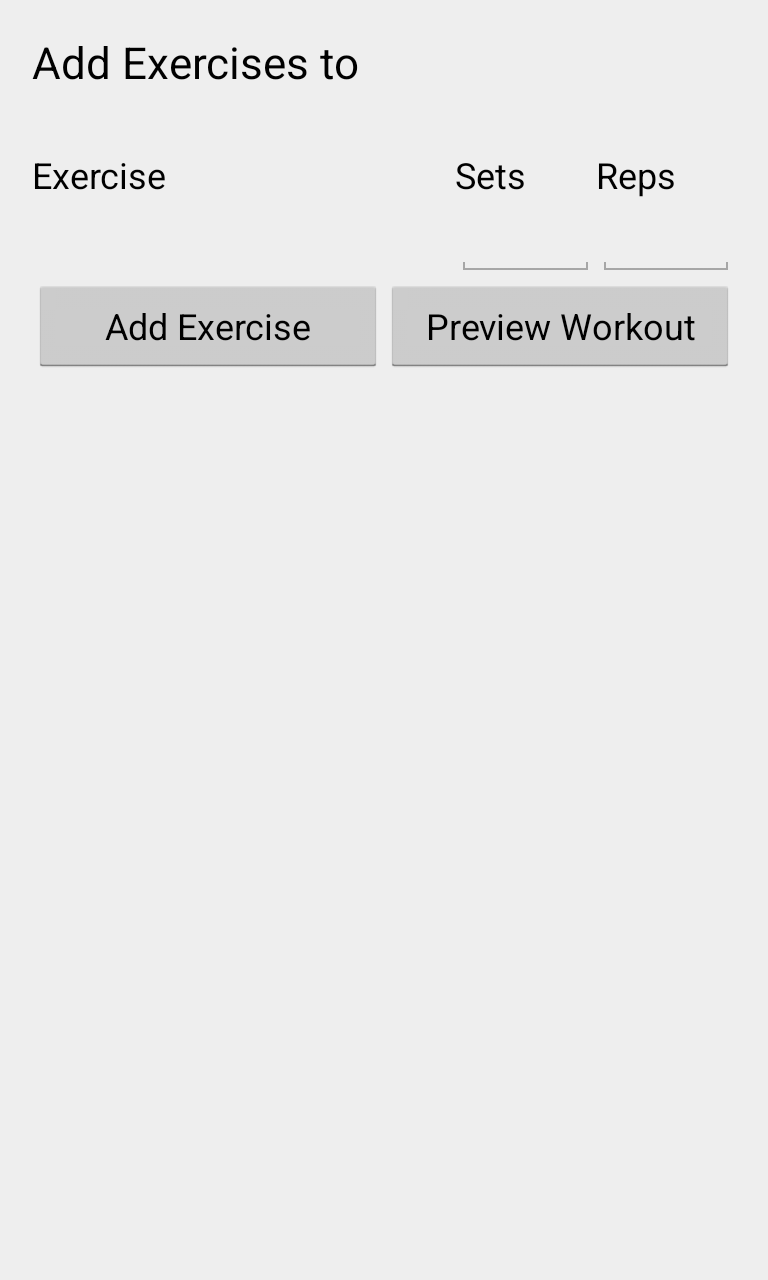
Repository: jmcdon09/EZWorkout
Layout: EzTrain/EzTrain/res/layout/activity_add_exercises.xml
The author's editor kept a copy of each file at every save. The layout is drawn from the files as they stood at one save, then again after the next save.
It is drawn on a 768 x 1280 px phone screen (xhdpi) without system bars, with theme AppTheme; the app's code is not run. Lists and similar views that code fills are empty.

Above is the layout before, as saved 2014-03-30 14:12:01.

After the next save:
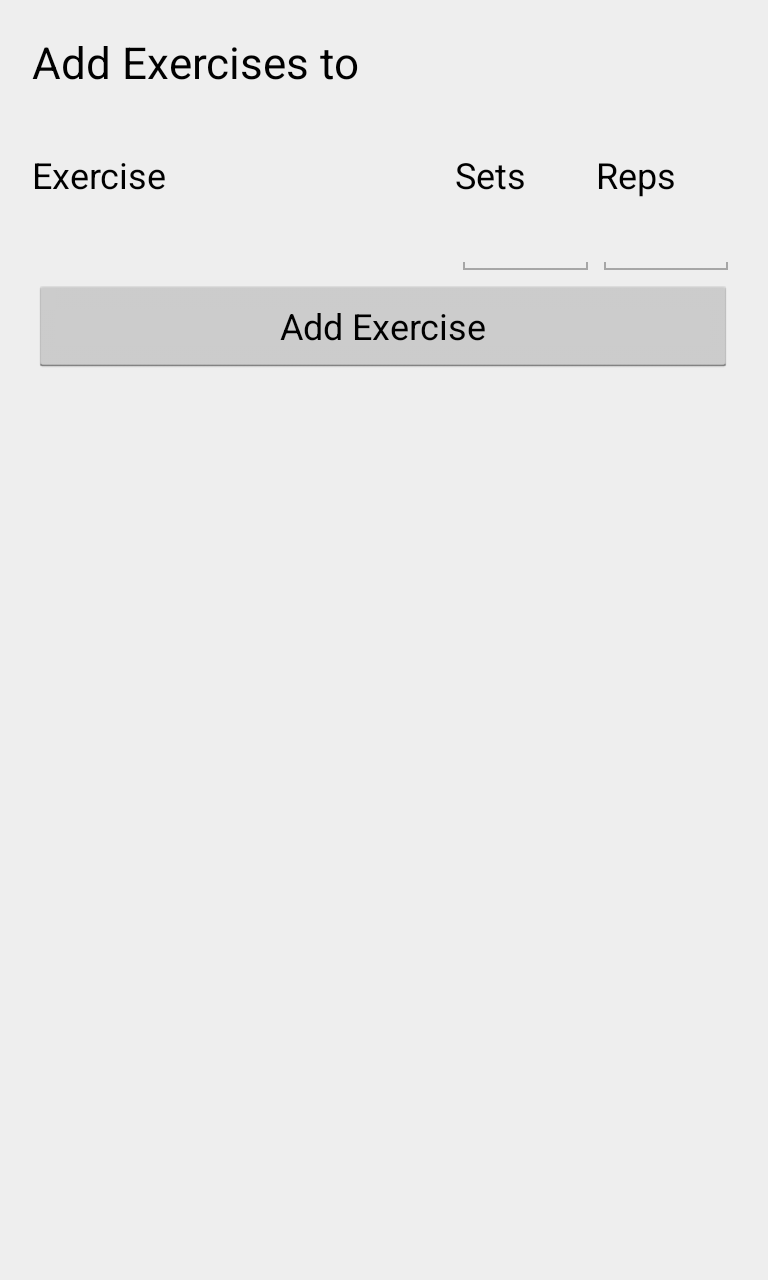
Saved 2 min 48 s later.
--- a/EzTrain/EzTrain/res/layout/activity_add_exercises.xml
+++ b/EzTrain/EzTrain/res/layout/activity_add_exercises.xml
@@ -104,14 +104,14 @@
             android:id="@+id/add_exercise"
             android:layout_width="fill_parent"
             android:layout_height="wrap_content"
-            android:layout_weight="50"
+            android:layout_weight="0.33"
             android:text="@string/add_exercise" />
 
         <Button
             android:id="@+id/preview_workout"
             android:layout_width="fill_parent"
             android:layout_height="wrap_content"
-            android:layout_weight="50"
+            android:layout_weight="0.33"
             android:text="@string/preview_workout" />
     </LinearLayout>
 

After the save that followed:
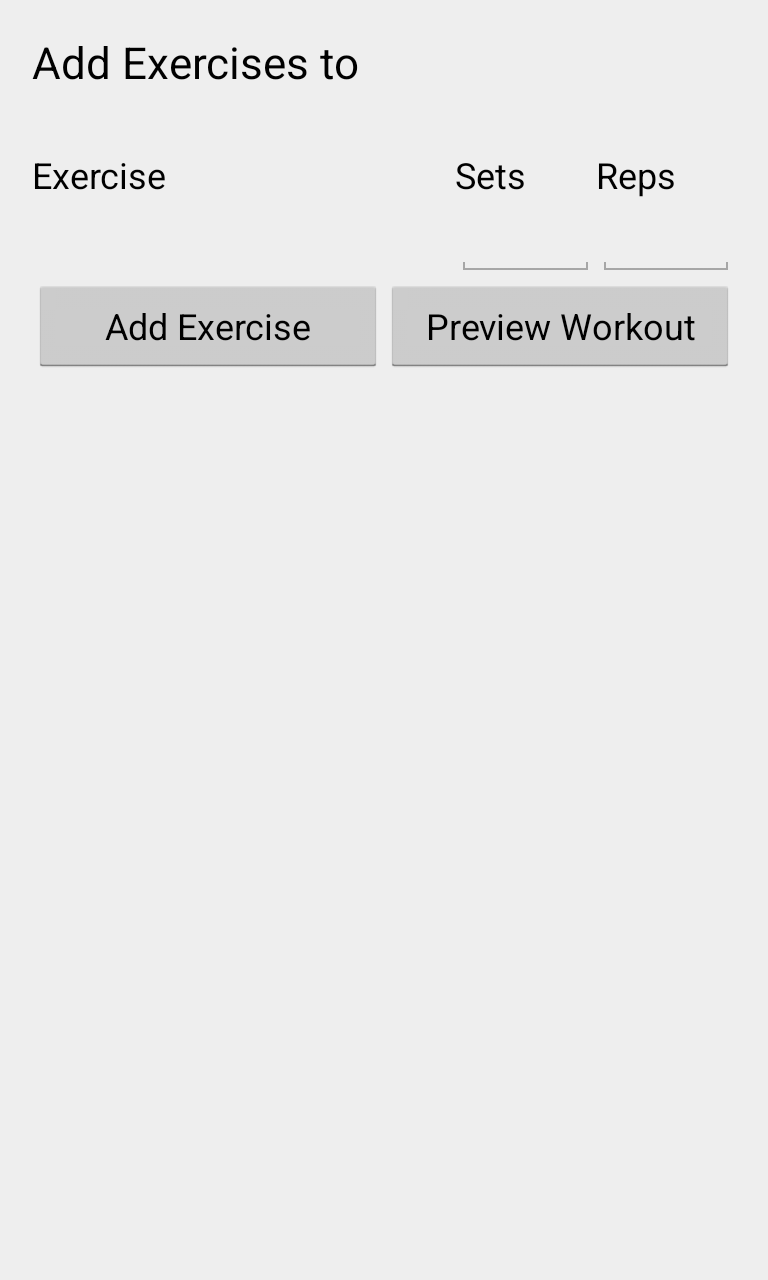
Saved 22 s later.
--- a/EzTrain/EzTrain/res/layout/activity_add_exercises.xml
+++ b/EzTrain/EzTrain/res/layout/activity_add_exercises.xml
@@ -104,14 +104,14 @@
             android:id="@+id/add_exercise"
             android:layout_width="fill_parent"
             android:layout_height="wrap_content"
-            android:layout_weight="0.33"
+            android:layout_weight="50"
             android:text="@string/add_exercise" />
 
         <Button
             android:id="@+id/preview_workout"
             android:layout_width="fill_parent"
             android:layout_height="wrap_content"
-            android:layout_weight="0.33"
+            android:layout_weight="50"
             android:text="@string/preview_workout" />
     </LinearLayout>
 
